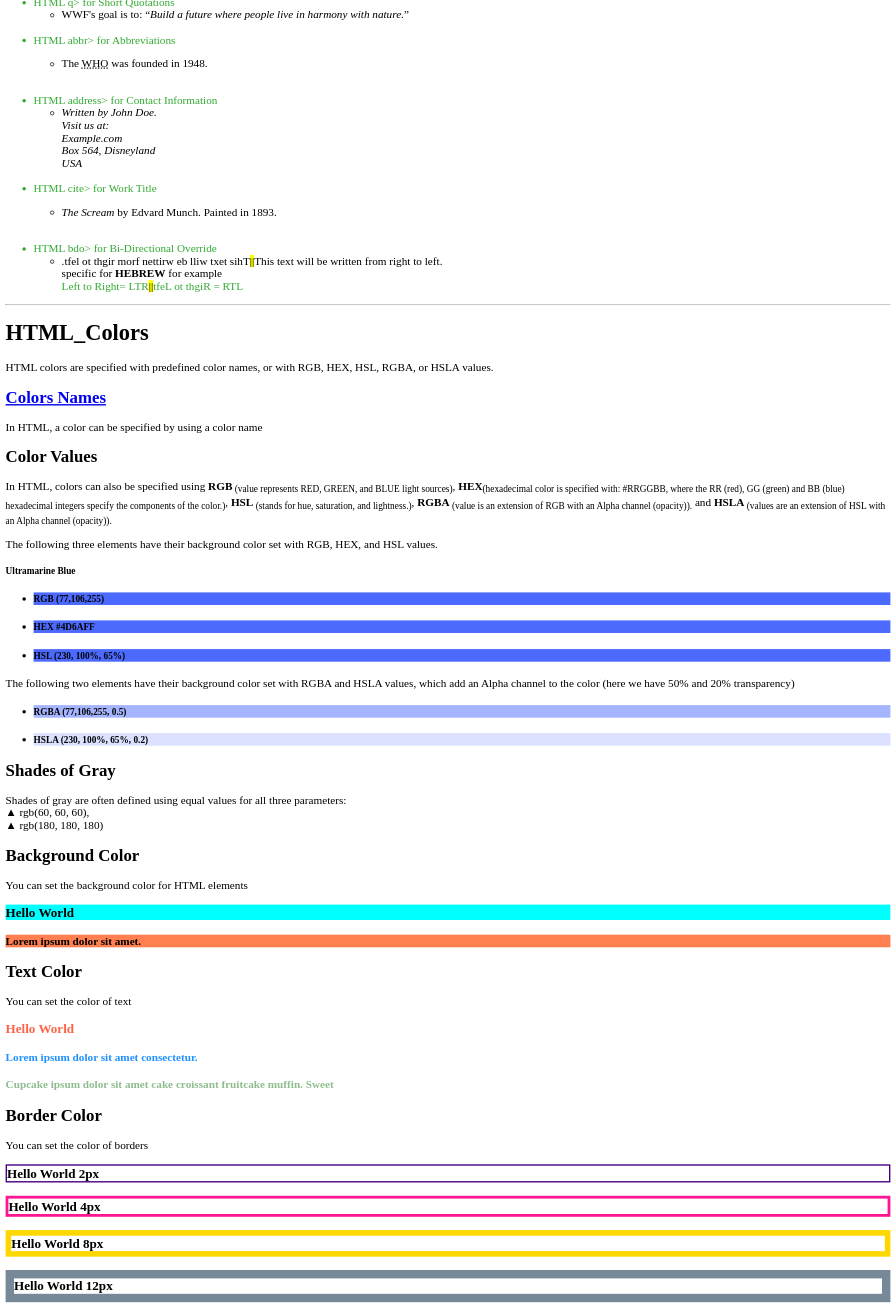
Repository: AnnaSpirit/2025_
Page: Bases/OK/HTML_Text_Formatting.html
The author's editor kept a copy of each file at every save. The page is drawn from the files as they stood at one save, then again after a run of saves.
The browser window is 1280 px wide. The pictures show the part of the page from y = 995 to 2915 px (the page is 2874 px tall before and 2915 px after), at 70% of full size.

Above is the page before, as saved 2025-01-09 15:35:27.

### Bases/OK/HTML_Text_Formatting.html
<!DOCTYPE html>
<html lang="en">

<head>
    <meta charset="UTF-8">
    <meta name="viewport" content="width=device-width, initial-scale=1.0">
    <title>HTML Text Formatting</title>
    <a href="HTML_Colors.html"></a>
</head>

<body>
    <h1>HTML contains several elements for defining text with a special meaning.</h1>
    <a href="HTML_Colors.html">
        <h2>Go Back: HTML_Colors</h2></a>
    <p>
    <ul>
        <li style="color:red;"> b - Bold text &#61 Strong;
            <ul>
                <li style="color:black;"><b>Bold</b> text</li>
            </ul>
        </li><br>
        <li style="color:red;"> strong - Important text &#61 Bold
            <ul>
                <li style="color:black;"><strong>Important</strong> text</li>
            </ul>
        </li><br>
        <li style="color:red;"> i - Italic text &#61 Emphasized
            <ul>
                <li style="color:black;"><i>Italic</i> text</li>
            </ul>
        </li><br>

        <li style="color:red;">em - Emphasized text &#61 Italic
            <ul>
                <li style="color:black;"><em>Emphasized</em> text</li>
            </ul>
        </li><br>
        <li style="color:red;"> u - Underlined text &#61 Inserted
            <ul>
                <li style="color:black;"><u>Underlined</u> text</li>
            </ul><br>
        <li style="color:red;">ins - Inserted text &#61 Underlined
            <ul>
                <li style="color:black;"><ins>Inserted</ins> text</li>
            </ul><br>
        <li style="color:red;">small - Smaller text
            <ul>
                <li style="color:black;"><small>Smaller</small> text</li>
            </ul>
        </li><br>
        <li style="color:red;">del - Deleted text &#61 Strikethrough
            <ul>
                <li style="color:black;"><del>Deleted</del> text</li>
            </ul>
        </li><br>
        <li style="color:red;">s - strikethrough text &#61 Deleted
            <ul>
                <li style="color:black;"><s>strikethrough</s> text</li>
            </ul>
        </li><br>
        <li style="color:red;"> mark - Marked text (Highlighted in yellow)
            <ul>
                <li style="color:black;"><mark>Marked</mark> text</li>
            </ul>
        </li><br>
        <li style="color:red;">sub - Subscript text
            <ul>
                <li style="color:black;"><sub>Subscript</sub> text</li>
            </ul>
        </li><br>
        <li style="color:red;">sup - Superscript text
            <ul>
                <li style="color:black;"><sup>Superscript</sup> text</li>
            </ul>
        </li>
    </ul>
    </p>
    <hr>
    <p>
    <h1>HTML Quotation and Citation Elements</h1>
    <h3>In this chapter we will go through the blockquote>,q>, abbr>, address>, cite>, and bdo> HTML elements.</h3>
    <ul>
        <li style="color:rgb(49, 169, 49);"> HTML blockquote> for Quotations
            <ul>
                <li style="color: black;">
                    <blockquote cite=" http://www.worldwildlife.org/who/index.html">For 60 years,...</blockquote>
                </li><br>
            </ul>
        <li style="color:rgb(49, 169, 49);"> HTML q> for Short Quotations
            <ul>
                <li style="color: black;"> WWF's goal is to: <q><em>Build a future where people live in harmony with
                            nature.</em></q></li>
            </ul>
        </li><br>
        <li style=" color:rgb(49, 169, 49);">HTML abbr> for Abbreviations
            <ul>
                <li style="color: black;">
                    <p>The <abbr title="World Health Organization">WHO</abbr> was founded in 1948.</p>
                </li>
            </ul>
        </li><br>
        <li style=" color:rgb(49, 169, 49);">HTML address> for Contact Information
            <ul>
                <li style="color: black;">
                    <address>
                        Written by John Doe.<br>
                        Visit us at:<br>
                        Example.com<br>
                        Box 564, Disneyland<br>
                        USA
                    </address>
                </li>
            </ul>
        </li><br>
        <li style=" color:rgb(49, 169, 49);">HTML cite> for Work Title
            <ul>
                <li style="color: black;">
                    <p><cite>The Scream</cite> by Edvard Munch. Painted in 1893.</p>
                </li>
            </ul>
        </li><br>
        <li style=" color:rgb(49, 169, 49);">HTML bdo> for Bi-Directional Override
            <ul>
                <li style="color: black;"><bdo dir="rtl">This text will be written from right to
                        left.</bdo><mark>||</mark>This text will be written from right to left.<br>
                    specific for <b>HEBREW</b> for example</li> <bdo dir="ltr">Left to Right</bdo>=
                LTR<mark>||</mark><bdo dir="rtl">Right to Left</bdo> = RTL
            </ul>
        </li>
    </ul>
    </h1>
    </p>
    <hr>
    <p>
    <h1>HTML_Colors</h1>
    <p>HTML colors are specified with predefined color names, or with RGB, HEX, HSL, RGBA, or HSLA values.</p>
    <a href="HTML_Colors.html">
        <h2>Colors Names</h2>
    </a>
    <p>In HTML, a color can be specified by using a color name</p>

    <h2>Color Values</h2>

    <p>In HTML, colors can also be specified using <b>RGB</b><sub> (value represents RED, GREEN, and BLUE light
            sources)</sub>, <b>HEX</b><sub>(hexadecimal color is specified with: #RRGGBB, where the RR (red), GG (green)
            and BB (blue) hexadecimal integers specify the components of the color.)</sub>, <b>HSL</b><sub> (stands for
            hue, saturation, and lightness.)</sub>, <b>RGBA</b><sub> (value is an extension of RGB with an Alpha channel
            (opacity)).</sub> and <b>HSLA</b><sub> (values are an extension of HSL with an Alpha channel
            (opacity)).</sub><br>

    <p>The following three elements have their background color set with RGB, HEX, and HSL values.<br>
    <h5>Ultramarine Blue</h5>
    <ul>
        <li style="background-color:rgb(77,106,255);">
            <h5>RGB (77,106,255)</h5>
        </li>
        <li style="background-color:#4D6AFF;">
            <h5>HEX #4D6AFF</h5>
        </li>
        <li style="background-color:HSL(230, 100%, 65%);">
            <h5>HSL (230, 100%, 65%)</h5>
        </li>
    </ul>
    <p>The following two elements have their background color set with RGBA and HSLA values, which add an Alpha channel
        to the color (here we have 50% and 20% transparency)</p>
    <ul>
        <li style="background-color:rgba(77,106,255, 0.5);">
            <h5>RGBA (77,106,255, 0.5) </h5>
        </li>
        <li style="background-color:HSL(230, 100%, 65%, 0.2);">
            <h5>HSLA (230, 100%, 65%, 0.2) </h5>
        </li>
    </ul>
    </p>
    <h2>Shades of Gray</h2>
    <p>Shades of gray are often defined using equal values for all three parameters: <br>
        &#9650; rgb(60, 60, 60),<br>
        &#9650; rgb(180, 180, 180)</p>

    <h2>Background Color</h2>

    <p>You can set the background color for HTML elements <br>

    <h3 style="background-color:cyan;">Hello World</h3>
    <h4 style="background-color:Coral;">Lorem ipsum dolor sit amet.</h4>
    </p>

    <h2>Text Color</h2>

    <p>You can set the color of text <br>
    <h3 style="color:Tomato;">Hello World</h3>
    <h4 style="color:DodgerBlue;">Lorem ipsum dolor sit amet consectetur.</h4>
    <h4 style="color:DarkSeaGreen;">Cupcake ipsum dolor sit amet cake croissant fruitcake muffin. Sweet</h4>
    </p>

    <h2>Border Color</h2>

    <p>You can set the color of borders <br>
    <h3 style="border:2px solid indigo;">Hello World 2px</h3>
    <h3 style="border:4px solid DeepPink;">Hello World 4px</h3>
    <h3 style="border:8px solid Gold;">Hello World 8px</h3>
    <h3 style="border:12px solid LightSlateGrey;">Hello World 12px</h3>
    </p>
    </p>
</body>

</html>

After the next 2 saves:
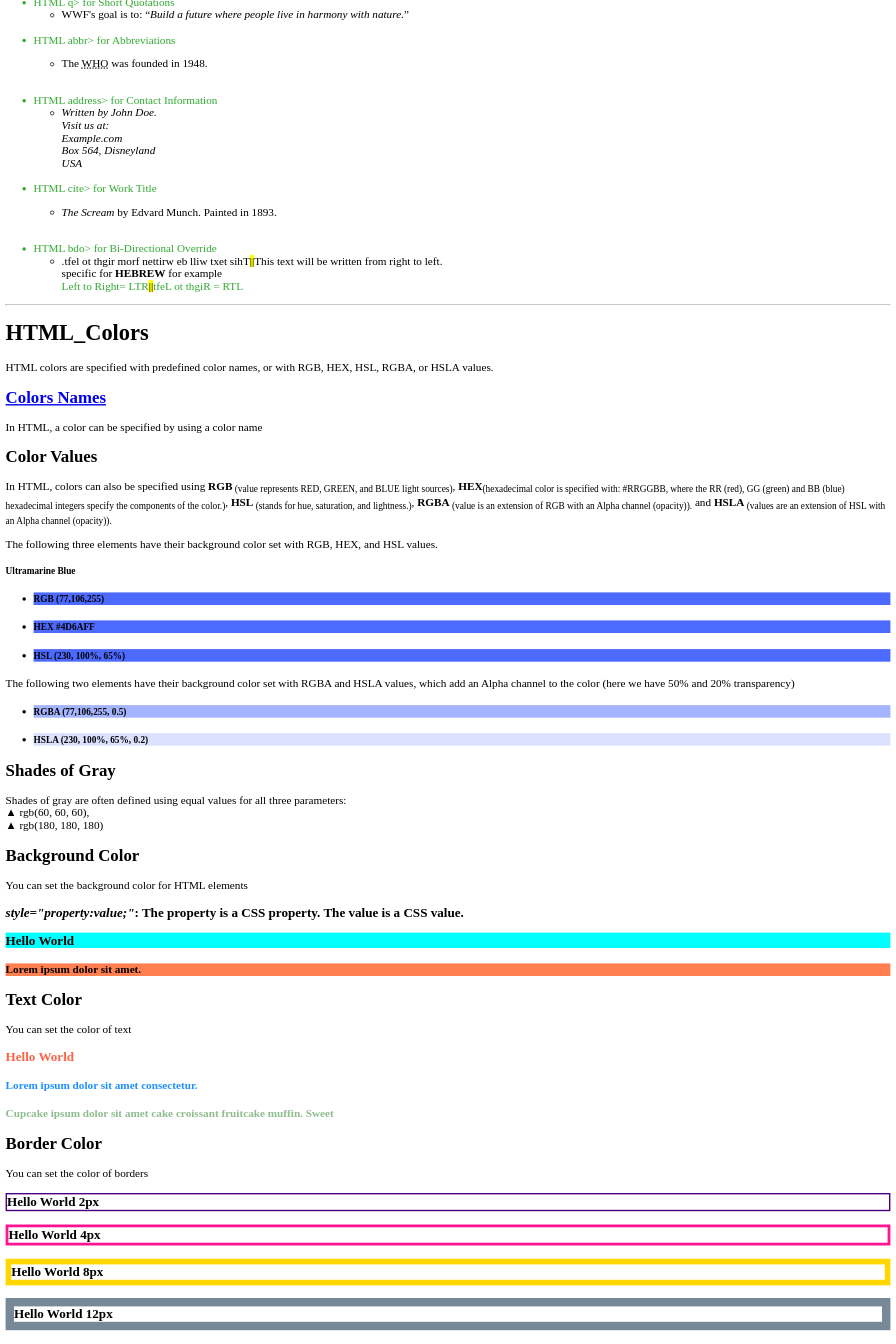
The 2 saves are shown as one change because they came seconds apart.
The last was saved 20 s later.
--- a/Bases/OK/HTML_Text_Formatting.html
+++ b/Bases/OK/HTML_Text_Formatting.html
@@ -180,7 +180,7 @@
     <h2>Background Color</h2>
 
     <p>You can set the background color for HTML elements <br>
-
+    <h3><em>style="property:value;"</em>: The property is a CSS property. The value is a CSS value.</h3>
     <h3 style="background-color:cyan;">Hello World</h3>
     <h4 style="background-color:Coral;">Lorem ipsum dolor sit amet.</h4>
     </p>
